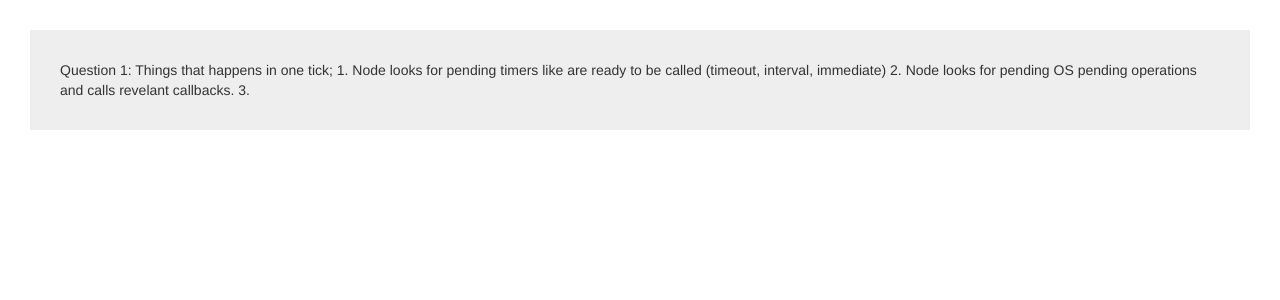
Repository: rahil001/preparation
Page: javascriptPrac/index.html
These files come from the project's save history. The page is drawn as it stood at one moment and after the next save; the edit follows.
The browser window is 1280 px wide. The pictures show the whole page.

Above is the page before, as saved 2019-10-27 21:00:57.

After the next save:
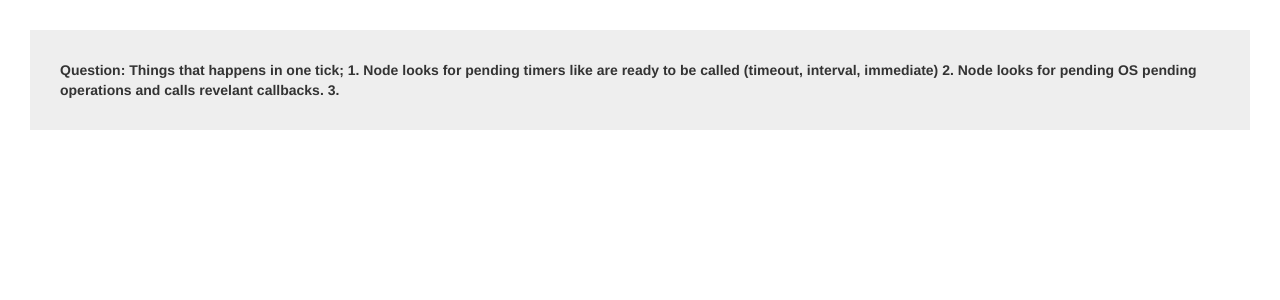
Saved 23 s later.
--- a/javascriptPrac/index.html
+++ b/javascriptPrac/index.html
@@ -15,7 +15,7 @@
 </head>
 <body>
 <div class="jumbotron">
-    Question 1: Things that happens in one tick;
+    <b>Question: Things that happens in one tick;<b>
     1. Node looks for pending timers like  are ready to be called (timeout, interval, immediate)
     2. Node looks for pending OS pending operations and calls revelant callbacks.
     3.
